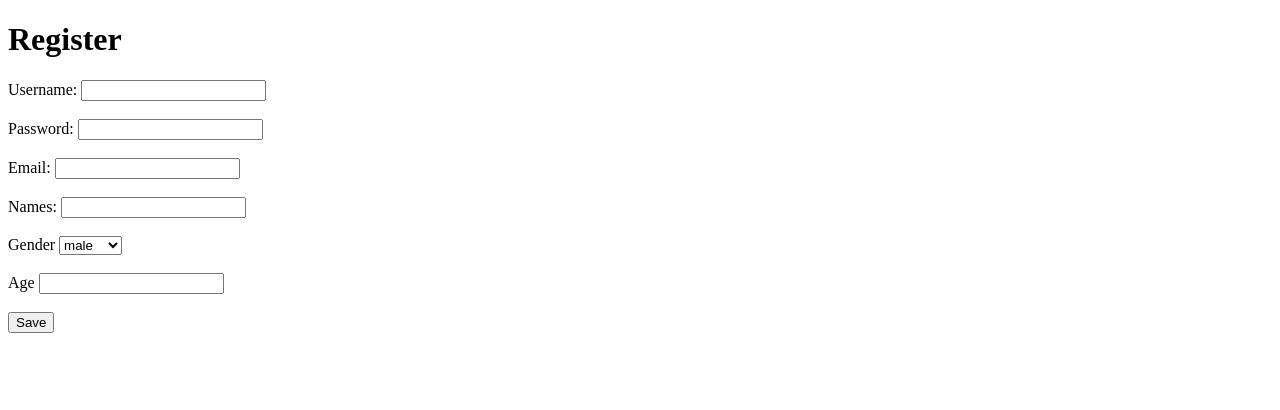
Repository: TeodorZlatev/Homework
Page: http://localhost/Web/register.jsp
An editor plug-in stored every save of this project. The page is shown before and after the next save, followed by the edit.
The browser window is 1280 px wide. The pictures show the whole page.
The page is served by Tomcat 9.

Above is the page before, as saved 2016-04-22 23:11:54.

After the next save:
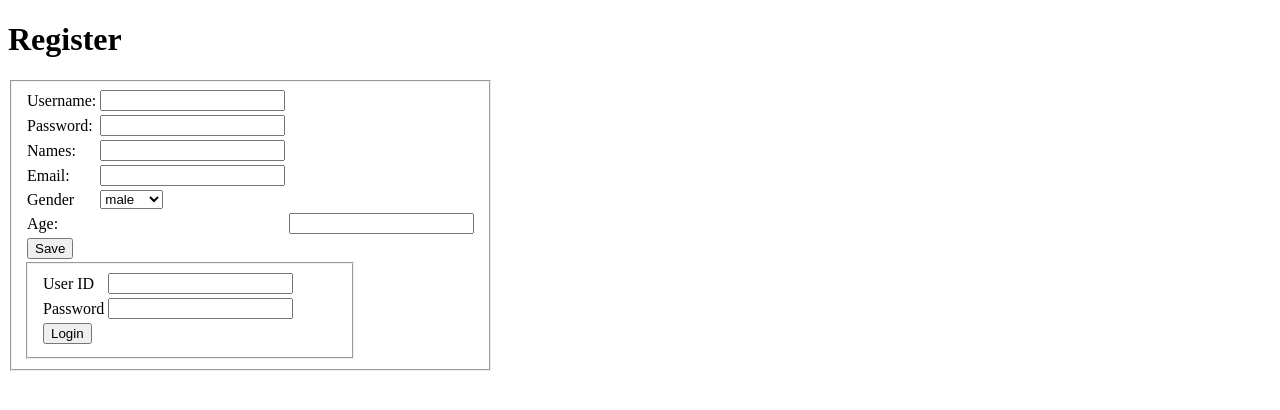
Saved 6 min 55 s later.
--- a/HomeworkWeb/Web/WebContent/register.jsp
+++ b/HomeworkWeb/Web/WebContent/register.jsp
@@ -1,34 +1,66 @@
 <%@ page language="java" contentType="text/html; charset=ISO-8859-1"
-    pageEncoding="ISO-8859-1"%>
+	pageEncoding="ISO-8859-1"%>
 <!DOCTYPE html PUBLIC "-//W3C//DTD HTML 4.01 Transitional//EN" "http://www.w3.org/TR/html4/loose.dtd">
 <html>
 <head>
 <meta http-equiv="Content-Type" content="text/html; charset=ISO-8859-1">
-	<title>Forum</title>
+<title>Forum</title>
 <body>
 	<p>
 	<h1>Register</h1>
 	</p>
 	<form action="register" method="post">
-		Username: <input type="text" name="userName" /> <br />
-		<br />
-		Password: <input type="password" name="userPass" /> <br />
-		<br />
-		Email: <input type="text" name="userPass" /> <br />
-		<br />
-		Names: <input type="text" name="userPass" /> <br />
-		<br />
-		 Gender <select>
-  			<option value="male">male</option>
- 			 <option value="female">female</option>
-		</select>
-		<br />
-		<br />
-		Age <input type="text" name="userPass" /> <br />
-		<br />
-		<input type="submit" value="Save" /> <br />
-		<br/>
+		<fieldset style="width: 300px">
+			<table>
+				<tr>
+					<td>Username:</td>
+					<td><input type="text" name="username" /></td>
+				</tr>
+				<tr>
+					<td>Password:</td>
+					<td><input type="text" name="password" /></td>
+				</tr>
+				<tr>
+					<td>Names:</td>
+					<td><input type="text" name="names" /></td>
+				</tr>
+				<tr>
+					<td>Email:</td>
+					<td><input type="text" name="email" /></td>
+				</tr>
+				<tr>
+					<td>Gender</td>
+					<td><select>
+							<option value="male">male</option>
+							<option value="female">female</option>
+					</select></td>
+				</tr>
+				<tr>
+					<td>Age:
+					<td>
+					<td><input type="text" name="age" /></td>
+				</tr>
 
+				<tr>
+					<td><input type="submit" value="Save" /></td>
+				</tr>
+			</table>
 	</form>
 </body>
 </html>
+
+<fieldset style="width: 300px">
+	<table>
+		<tr>
+			<td>User ID</td>
+			<td><input type="text" name="username" /></td>
+		</tr>
+		<tr>
+			<td>Password</td>
+			<td><input type="password" name="userpass" /></td>
+		</tr>
+		<tr>
+			<td><input type="submit" value="Login" /></td>
+		</tr>
+	</table>
+</fieldset>
